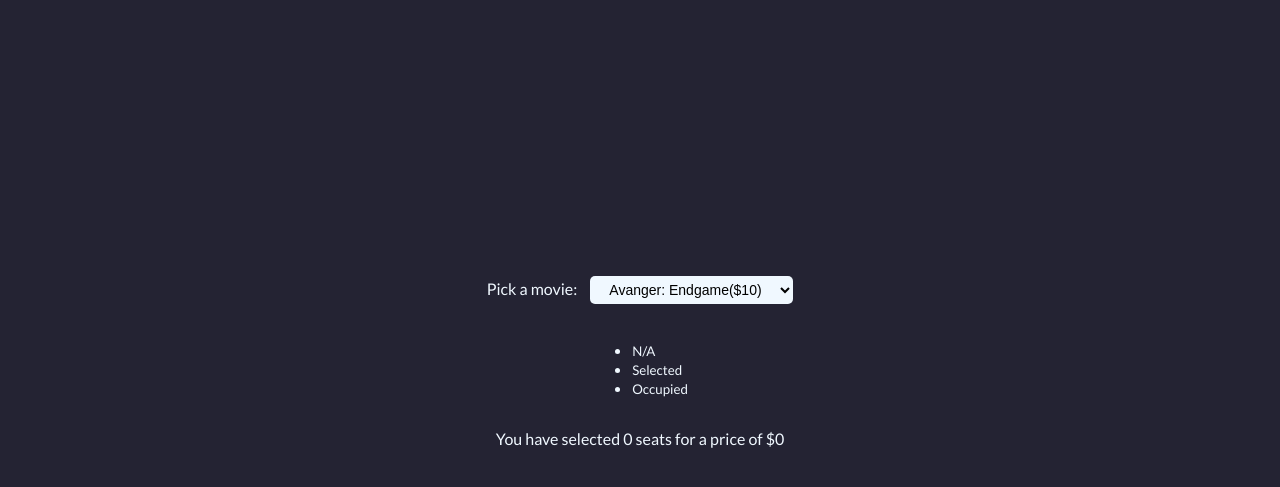
Repository: atko87/Movie-seat-Booking
Page: index.html
These files come from the project's save history. The page is drawn as it stood at one moment and after the next save; the edit follows.
The browser window is 1280 px wide. The pictures show the whole page.

Above is the page before, as saved 2020-03-08 13:50:23.

After the next save:
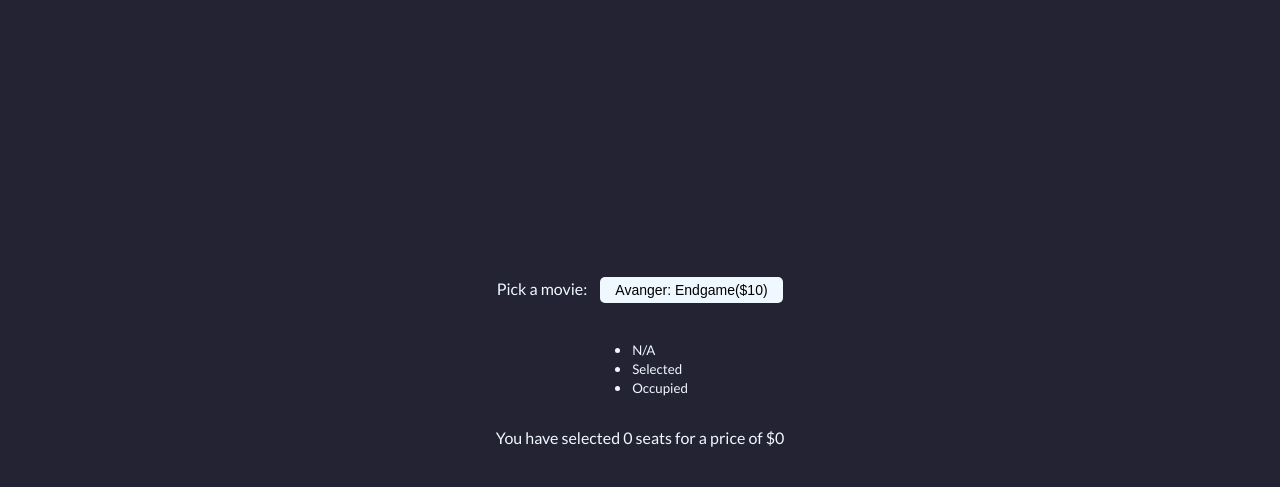
Saved 93 s later.
--- a/style.css
+++ b/style.css
@@ -27,4 +27,7 @@
   font-size: 14px;
   margin-left: 10px;
   padding: 5px 15px 5px 15px;
+  -moz-appearance: none;
+  -webkit-appearance: none;
+  appearance: none;
 }
